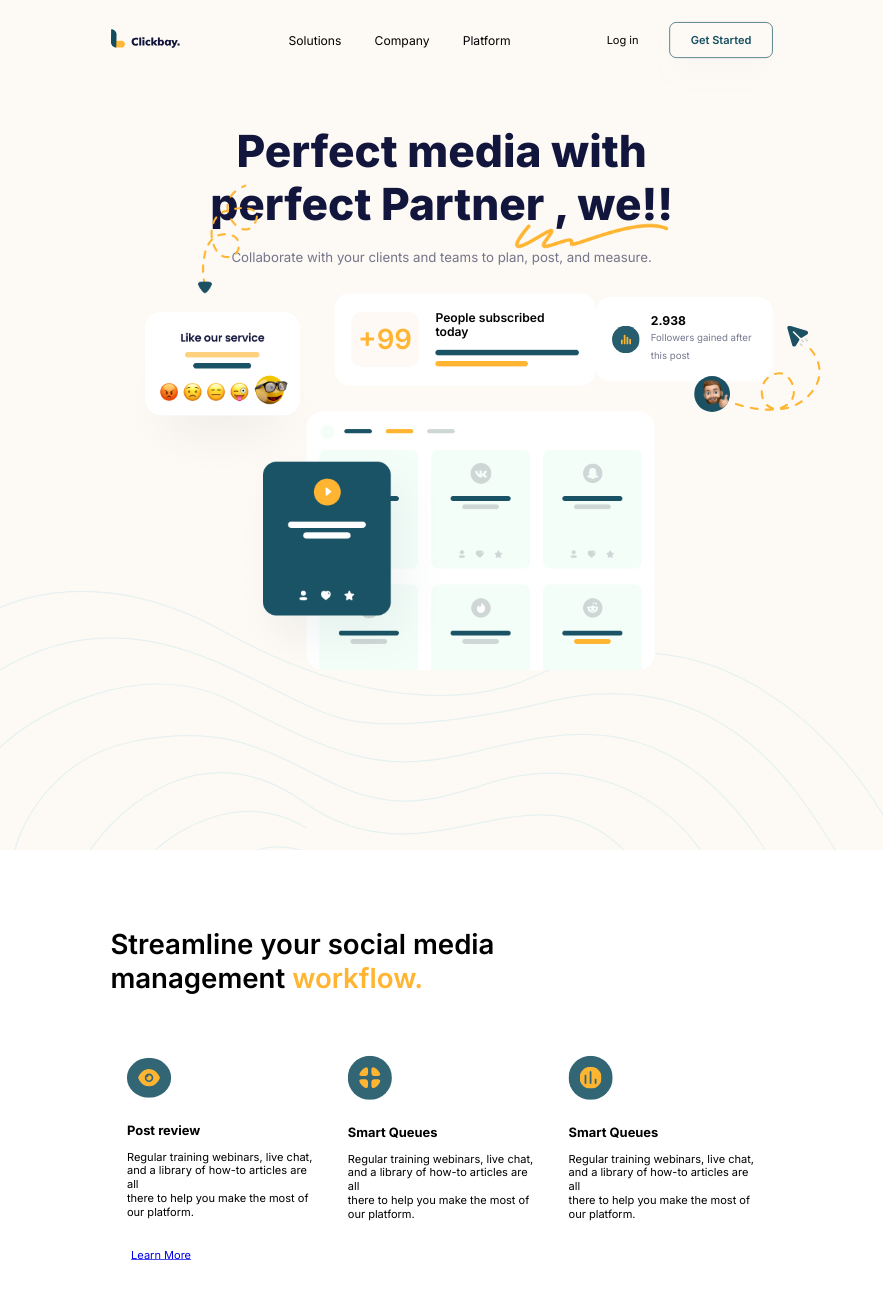
Repository: badhon252/Clickbay
Page: index.html
An editor plug-in stored every save of this project. The page is shown before and after the next save, followed by the edit.
The browser window is 1280 px wide. The pictures show the whole page, at 69% of full size.
The style sheet was rebuilt from its Sass, Less or Tailwind sources for each picture, by a compiler version that may differ from the author's.

Above is the page before, as saved 2022-09-05 02:00:10.

### index.html
<!DOCTYPE html>
<html lang="en">

<head>
    <meta charset="UTF-8">
    <meta http-equiv="X-UA-Compatible" content="IE=edge">
    <meta name="viewport" content="width=device-width, initial-scale=1.0">
    <link rel="stylesheet" href="./scss/style.css">
    <title>Clickbay</title>
</head>

<body>
    <header class="">
        <img src="./images/Group 676.svg" alt="" class="header-img">
        <div class="container">


            <nav class="navbar">
                <div class="navbar_brand">
                    <img src="./images/logo.svg" alt="Image not found!">
                </div>

                <ul class="nav">
                    <li class="nav-items"><a href="" class="nav-links">Solutions</a></li>
                    <li class="nav-items"><a href="" class="nav-links">Company</a></li>
                    <li class="nav-items"><a href="" class="nav-links">Platform</a></li>
                </ul>

                <div class="nav-btns">
                    <button class="btn nav-log">Log in</button>
                    <button class="btn nav-start">Get Started</button>
                </div>
            </nav>

            <div class="header-content">
                <h1 class="h1 my-4 text-center">
                    Perfect media with <br> perfect Partner , we!!
                </h1>
                <img src="./images/Vector 735.png" alt="" class="signature text-center">
                <p class="text-center">Collaborate with your clients and teams to plan, post, and measure.</p>

                <div class="company-stat">
                    <div class="row">
                        <div class="col-md-4">
                            <img src="./images/Group 689.png" class="" alt="">
                        </div>
                        <div class="col-md-4 subscriber">
                            <span class="">+99</span>
                            <div>
                                <h2>People subscribed today</h2>
                                <img src="./images/Group 678.png" alt="">
                            </div>
                        </div>
                        <div class="col-md-4 follow">
                            <div class="follower">

                                <img src="./images/Group 1037.svg" alt="">
                                <div>
                                    <h3>2.938</h3>
                                    <p>Followers gained after this post</p>
                                </div>
                            </div>
                            <div class="following">
                                <img src="./images/Group 1041.svg" alt="">
                            </div>
                        </div>
                    </div>
                </div>

                <img src="./images/Group 933.png" alt="" class="group-933">

            </div>
        </div>
    </header>

    <section class="second_section container">
        <h2 class="h2 my-3">
            Streamline your social media <br> management <span> workflow.</span>
        </h2>
        <div class="row">

            <div class="card">
                <img src="./images/Show.svg" class="my-1" alt="">
                <h3 class="my-1">Post review</h3>
                <p>Regular training webinars, live chat, <br> and a library of how-to articles are all<br> there to help
                    you make
                    the most of<br> our platform.</p>
            </div>

            <div class="card">
                <img src="./images/Category.svg" class="my-1" alt="">
                <h3 class="my-1">Smart Queues</h3>
                <p>Regular training webinars, live chat, <br> and a library of how-to articles are all<br> there to help
                    you make
                    the most of<br> our platform.</p>
            </div>

            <div class="card">
                <img src="./images/Chart.svg" class="my-1" alt="">
                <h3 class="my-1">Smart Queues</h3>
                <p>Regular training webinars, live chat, <br> and a library of how-to articles are all<br> there to help
                    you make
                    the most of<br> our platform.</p>
            </div>

        </div>
        <button class="btn">
            <a href="#">Learn More</a>
        </button>
    </section>
</body>

</html>

### scss/style.scss
@import url("https://fonts.googleapis.com/css2?family=Inter:wght@400;600;700;800;900&display=swap");
* {
  margin: 0;
  padding: 0;
  box-sizing: border-box;
  font-family: "Inter", sans-serif;
  // font-family: 'Poppins';
}
.container {
  margin: 0 10rem;
}
.btn {
  outline: none;
  border: none;
  padding: 15px 30px;
  font-size: 1rem;
  background-color: transparent;
}
.h1 {
  font-size: 4rem;
}
.text-center {
  text-align: center;
}
// margin
.my-1 {
  margin: 1rem 0;
}
.my-2 {
  margin: 2rem 0;
}
.my-3 {
  margin: 3rem 0;
}
.my-4 {
  margin: 4rem 0;
}
.my-5 {
  margin: 5rem 0;
}

// grid system using flex

//==============================
//===================
//==============================

header {
  .row {
    display: flex;
    justify-content: space-evenly;
    align-items: center;
  }
  background-color: #fdf9f4;
  min-height: 100vh;
  position: relative;
  overflow: hidden;

  .header-img {
    position: absolute;
    bottom: 0;
    right: 0;
    z-index: 1;
    width: 100%;
  }
  .navbar {
    color: #282b4d;
    padding: 2rem 0;
    display: flex;
    justify-content: space-between;
    align-items: center;
    font-weight: 500;
    .nav {
      display: flex;
      .nav-items {
        margin-left: 3rem;
        list-style-type: none;
        .nav-links {
          text-decoration: none;
          color: black;
          font-size: 1.1rem;
          font-weight: 500;
        }
      }
    }

    .nav-start {
      border: 1px solid #1a5365;
      box-shadow: 0px 25px 35px -20px rgba(232, 236, 243, 0.5);
      border-radius: 10px;
      color: #154f61;
      font-weight: 600;
      margin-left: 10px;
    }
  }

  .header-content {
    .h1 {
      font-weight: 800;
      margin-bottom: -0.6rem;
      color: #12163c;
    }
    .signature {
      display: block;
      margin: 0 auto;
      transform: translateX(217px);
    }
    p {
      font-size: 1.2rem;
      font-weight: 500;
      line-height: 27px;
      color: #12163c94;
    }

    .company-stat {
      transform: translateY(-120px);
      .subscriber {
        display: flex;
        align-items: center;
        background-color: #fff;
        padding: 1.5rem;
        border-radius: 22px;
        span {
          font-weight: 600;
          font-size: 40px;
          line-height: 60px;
          background-color: #fef9f4;
          color: #ffb531;
          padding: 10px;
          border-radius: 15px;
          margin-right: 1.5rem;
        }
        h2 {
          font-size: 1.1rem;
          font-weight: 600;
          padding-bottom: 1rem;
        }
      }

      .follow {
        position: relative;
        z-index: 11;

        .follower {
          display: flex;
          align-items: center;
          background-color: #fff;
          padding: 1.5rem;
          border-radius: 22px;
          img {
            padding-right: 1rem;
          }
          h3 {
            font-size: 1.1rem;
          }
          p {
            font-size: 14px;
          }
        }
        .following {
          position: absolute;
          top: 42px;
          right: -70px;
        }
      }
    }

    .group-933 {
      position: relative;
      margin: 0 auto;
      top: -240px;
      display: block;
      z-index: 9999;
    }
  }
}

.second_section {
  padding: 4rem 0;
  .row {
    display: flex;
    justify-content: space-between;
    align-items: center;
  }
  h2 {
    font-size: 2.5rem;
    font-weight: 600;
    span {
      color: #ffb531;
    }
  }

  .card {
    padding: 1.5rem;
  }

  img {
    background-color: #336675;
    padding: 1rem;
    border-radius: 50%;
  }
}

After the next save:
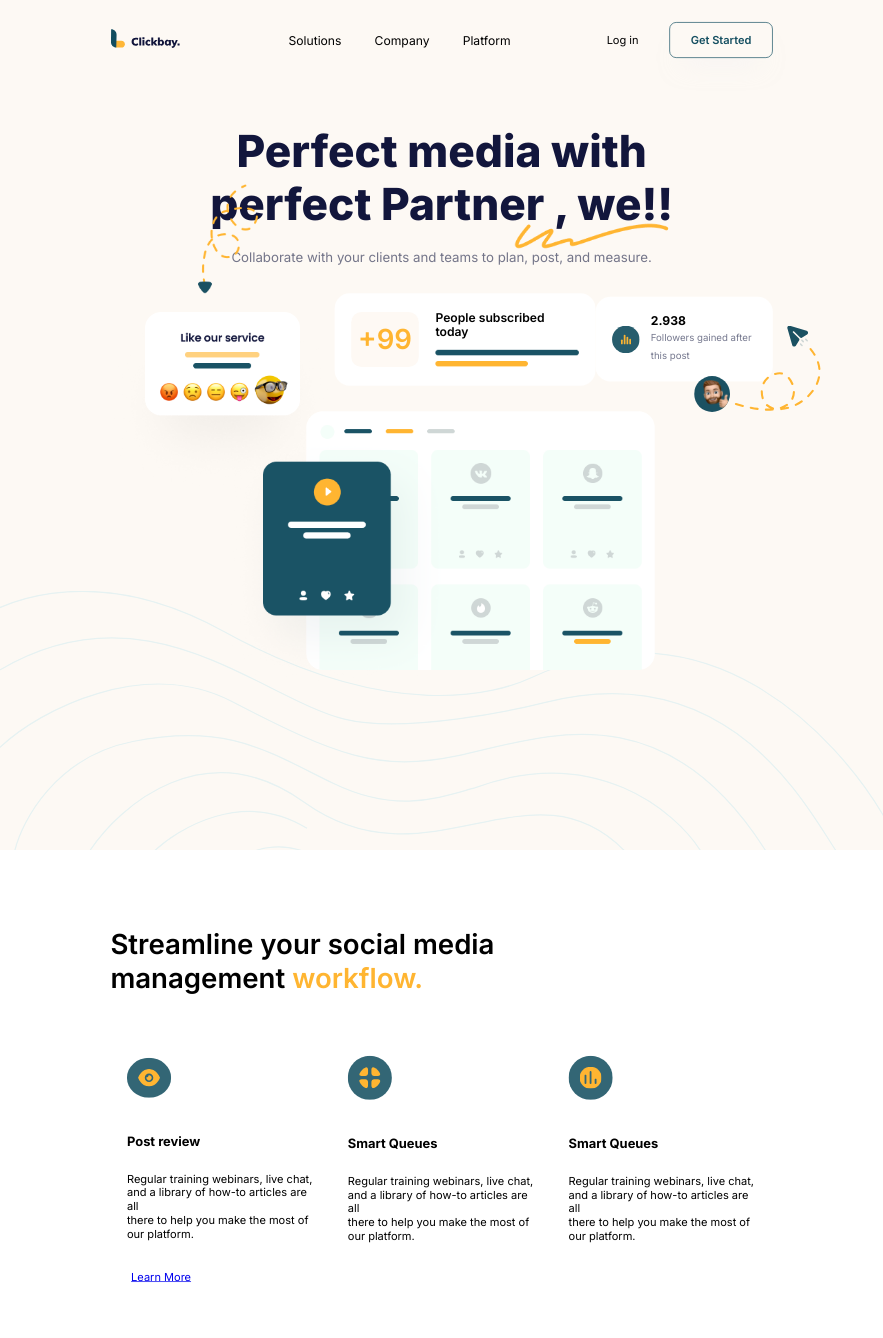
Saved 11 s later.
--- a/index.html
+++ b/index.html
@@ -81,7 +81,7 @@
 
             <div class="card">
                 <img src="./images/Show.svg" class="my-1" alt="">
-                <h3 class="my-1">Post review</h3>
+                <h3 class="my-2">Post review</h3>
                 <p>Regular training webinars, live chat, <br> and a library of how-to articles are all<br> there to help
                     you make
                     the most of<br> our platform.</p>
@@ -89,7 +89,7 @@
 
             <div class="card">
                 <img src="./images/Category.svg" class="my-1" alt="">
-                <h3 class="my-1">Smart Queues</h3>
+                <h3 class="my-2">Smart Queues</h3>
                 <p>Regular training webinars, live chat, <br> and a library of how-to articles are all<br> there to help
                     you make
                     the most of<br> our platform.</p>
@@ -97,7 +97,7 @@
 
             <div class="card">
                 <img src="./images/Chart.svg" class="my-1" alt="">
-                <h3 class="my-1">Smart Queues</h3>
+                <h3 class="my-2">Smart Queues</h3>
                 <p>Regular training webinars, live chat, <br> and a library of how-to articles are all<br> there to help
                     you make
                     the most of<br> our platform.</p>

After the save that followed:
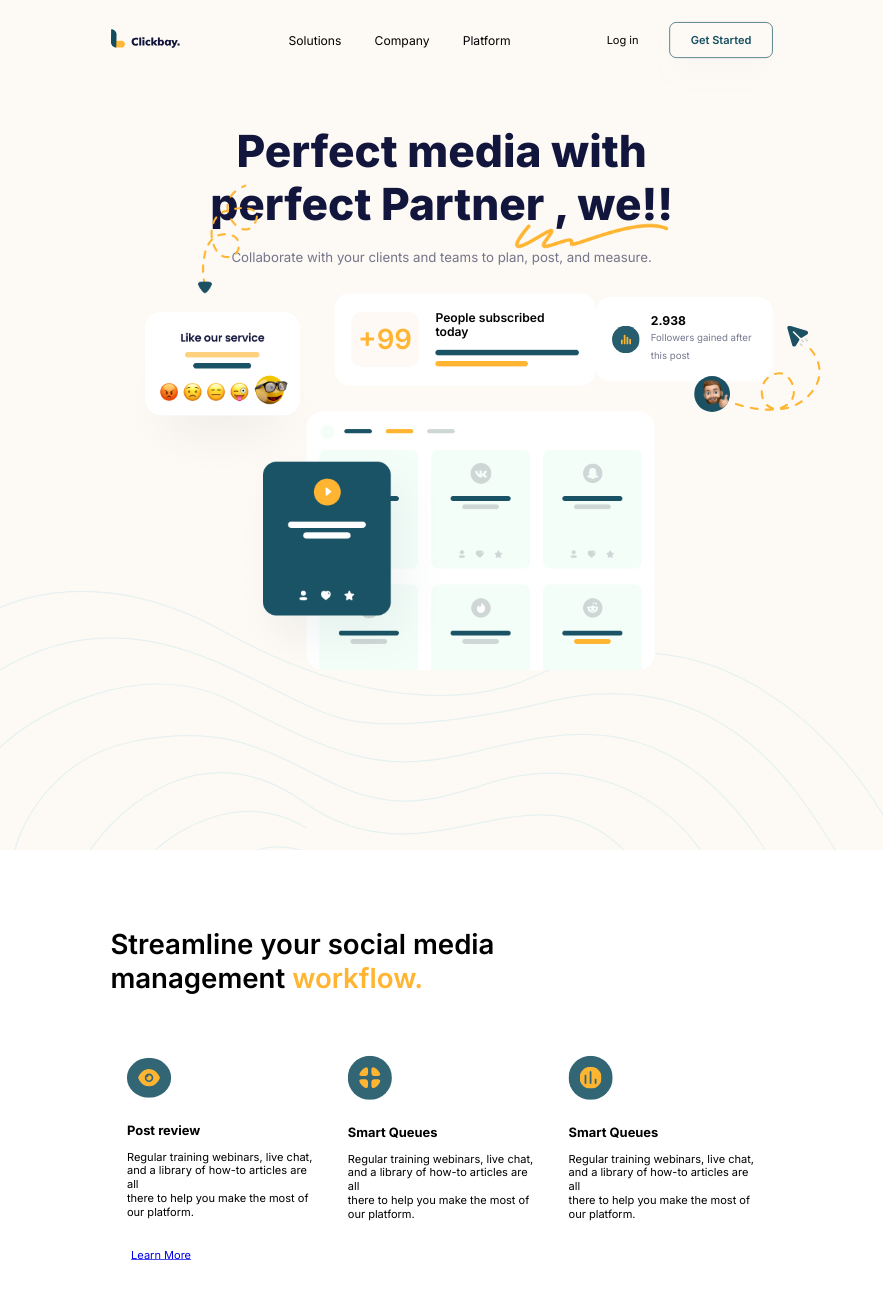
Saved 16 s later.
--- a/index.html
+++ b/index.html
@@ -81,7 +81,7 @@
 
             <div class="card">
                 <img src="./images/Show.svg" class="my-1" alt="">
-                <h3 class="my-2">Post review</h3>
+                <h3 class="my-1">Post review</h3>
                 <p>Regular training webinars, live chat, <br> and a library of how-to articles are all<br> there to help
                     you make
                     the most of<br> our platform.</p>
@@ -89,7 +89,7 @@
 
             <div class="card">
                 <img src="./images/Category.svg" class="my-1" alt="">
-                <h3 class="my-2">Smart Queues</h3>
+                <h3 class="my-1">Smart Queues</h3>
                 <p>Regular training webinars, live chat, <br> and a library of how-to articles are all<br> there to help
                     you make
                     the most of<br> our platform.</p>
@@ -97,7 +97,7 @@
 
             <div class="card">
                 <img src="./images/Chart.svg" class="my-1" alt="">
-                <h3 class="my-2">Smart Queues</h3>
+                <h3 class="my-1">Smart Queues</h3>
                 <p>Regular training webinars, live chat, <br> and a library of how-to articles are all<br> there to help
                     you make
                     the most of<br> our platform.</p>
